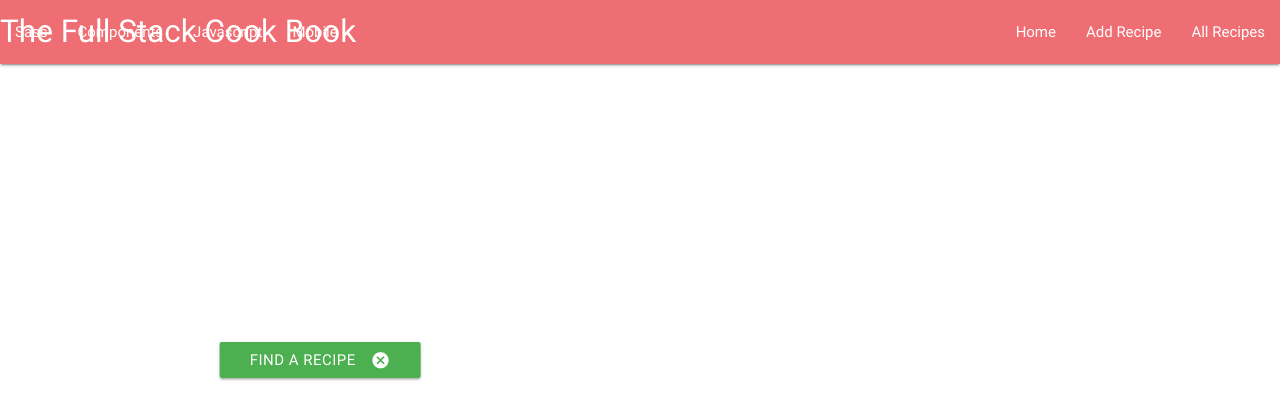
Repository: nakitamccool/francisillingworth-milestone-project-3
Page: http://localhost/index
The author's editor kept a record of every edit. The page is drawn from the files as they stood at one moment, then again after the next edit.
The browser window is 1280 px wide. The pictures show the whole page.
The page is served by the project's application, run on Flask 3 (app.py).

Above is the page before.

### templates/index.html
{% extends 'base.html' %} {% block content %}
</div>


    <div class="split left">
        <div class="centered">
    <a href="{{ url_for('get_recipes') }}" class="waves-effect waves-light btn green">
                <i class="material-icons right">cancel</i>Find a Recipe
            </a>
    </div>
    <div class= "split right">
    <a href="{{ url_for('add_recipe') }}" class="waves-effect waves-light btn blue">
                <i class="material-icons right">cancel</i>Add Recipe
            </a>
    </div>




<div class = "container">
{% endblock %}

### templates/base.html
<!DOCTYPE html>
<html lang="en">
<head>
    <link href="https://fonts.googleapis.com/icon?family=Material+Icons"
      rel="stylesheet">
    <link rel="stylesheet"  href="https://cdnjs.cloudflare.com/ajax/libs/materialize/0.100.2/css/materialize.min.css">
    <link rel="stylesheet" href="{{url_for('static' , filename = "css/style.css")}}" type="text/css" />

</head>
<body>
  <header>
    <nav>
    <div class="nav-wrapper">
      <a href="#" class="brand-logo">The Full Stack Cook Book</a>
      <ul id="nav-mobile" class="right hide-on-med-and-down">
        <li><a href="index.html">Home</a></li>
        <li><a href="{{ url_for('add_recipe') }}">Add Recipe</a></li>
        <li><a href="{{ url_for('get_recipes') }}">All Recipes</a></li>
      </ul>
      <ul class="sidenav" id="mobile-demo">
    <li><a href="sass.html">Sass</a></li>
    <li><a href="badges.html">Components</a></li>
    <li><a href="collapsible.html">Javascript</a></li>
    <li><a href="mobile.html">Mobile</a></li>
  </ul>
    </div>
  </nav>



  </header>
    <div class="container">
    {% block content %}
    {% endblock %}
    </div>
    <script src="https://cdnjs.cloudflare.com/ajax/libs/jquery/3.4.1/jquery.min.js" integrity="sha256-CSXorXvZcTkaix6Yvo6HppcZGetbYMGWSFlBw8HfCJo=" crossorigin="anonymous"></script>
    <script src="https://cdnjs.cloudflare.com/ajax/libs/materialize/0.100.2/js/materialize.min.js"></script>
    <script type="text/javascript">
         $(document).ready(function(){
    $('.collapsible').collapsible();
    $('select').material_select();
  });

    </script>


</body>
</html>

### app.py
import os
from flask import Flask , render_template, redirect, request, url_for
from flask_pymongo import PyMongo
from bson.objectid import ObjectId


db_password = os.environ.get('DB_PASSWORD')

app = Flask(__name__)

app.config["MONGO_DBNAME"] = 'recipe_project'
app.config["MONGO_URI"] = 'mongodb+srv://root:r00tUser@myfirstcluster-aogax.mongodb.net/recipe_project?retryWrites=true&w=majority'

mongo = PyMongo(app)

@app.route('/')



@app.route('/index')
def index():
    return render_template("index.html")


@app.route('/get_recipes')
def get_recipes():
    return render_template("recipes.html", recipes=mongo.db.recipe.find())


@app.route('/add_recipe')
def add_recipe():
    return render_template('addrecipe.html', cuisine=mongo.db.cuisine.find())


@app.route('/insert_recipe', methods=['POST'])
def insert_recipe():
    recipes=mongo.db.recipe
    recipes.insert_one(request.form.to_dict())
    return redirect(url_for('get_recipes'))


@app.route('/edit_recipe/<recipe_id>')
def edit_recipe(recipe_id):
    the_recipe = mongo.db.recipe.find_one({"_id": ObjectId(recipe_id)})
    all_cuisine = mongo.db.cuisine.find()
    return render_template('editrecipe.html', recipe = the_recipe, cuisine=all_cuisine)



@app.route('/update_recipe/<recipe_id>', methods = ["POST"])
def update_recipe(recipe_id):
    recipes = mongo.db.recipe
    recipes.update( {'_id': ObjectId(recipe_id)},
    {
        'recipe_name' : request.form.get('recipe_name'),
        'cuisine_type' : request.form.get('cuisine_type'),
        'author' : request.form.get('author'),
        'ingredients' : request.form.get('ingredients'),
        'method' : request.form.get('method'),
        'cook_time' : request.form.get('cook_time'),
    })
    return redirect(url_for('get_recipes'))

@app.route('/delete_recipe/<recipe_id>')
def delete_recipe(recipe_id):
    mongo.db.recipe.remove({'_id':ObjectId(recipe_id)})
    return redirect(url_for('get_recipes'))





@app.route('/get_cuisines')
def get_cuisines():
    return render_template('cuisines.html', cuisine=mongo.db.cuisine.find())


@app.route('/edit_cuisine/<cuisine_id>')
def edit_cuisine(cuisine_id):
    return render_template('editcuisine.html', cuisine=mongo.db.cuisine.find_one({'_id':ObjectId(cuisine_id)}))


@app.route('/update_cuisine/<cuisine_id>', methods=['POST'])
def update_cuisine(cuisine_id):
    mongo.db.cuisine.update(
        {'_id': ObjectId(cuisine_id)},
        {'cuisine_type': request.form.get('cuisine_type')})
    return redirect(url_for('get_cuisines'))



@app.route('/add_cuisine')
def add_cuisine():
    return render_template('addcuisine.html', cuisine=mongo.db.cuisine.find())


@app.route('/insert_cuisine', methods=['POST'])
def insert_cuisine():
    cuisines=mongo.db.cuisine
    cuisines.insert_one(request.form.to_dict())
    return redirect(url_for('add_recipe'))



@app.route('/delete_cuisine/<cuisine_id>')
def delete_cuisine(cuisine_id):
    mongo.db.cuisine.remove({'_id':ObjectId(cuisine_id)})
    return redirect(url_for('get_cuisines'))



@app.route('/add_cuisine_edit')
def add_cuisine_edit():
    return render_template('addcuisine-edit.html', cuisine=mongo.db.cuisine.find())


@app.route('/insert_cuisine_edit', methods=['POST'])
def insert_cuisine_edit():
    cuisines=mongo.db.cuisine
    cuisines.insert_one(request.form.to_dict())
    return redirect(url_for('get_cuisines'))



@app.route('/find_recipe')
def find_recipe():
    return render_template("findrecipe.html", cuisine=mongo.db.cuisine.find(), authors=mongo.db.recipe.find().distinct('author'))

@app.route('/filter_recipes')
def filter_recipes():
        cuisines=mongo.db.cuisine
        recipes=mongo.db.recipe
        mongo.db.recipe.find({ cuisine_type : "{{cuisine_type}}" })

        return render_template("results.html")





if __name__ == '__main__':
    app.run(host=os.environ.get('IP'),
            port=int(os.environ.get('PORT')),
            debug=True)

### static/css/style.css
.btn_edit{
    height:28px;
    margin: 5px 15px;
    line-height: 28px;
    padding-left: 3px;
    padding-right: 6px;



}

.btn_delete{
    height:28px;
    margin: 5px 15px ;
    line-height: 28px;
    padding-left: 5px;
    padding-right: 5px;
    background-color: #b70808;

}

.collapsible-header i {
 margin:0;}

 .btn_delete:hover {
    background-color: #71231d;
}

.cancel_button{
    margin: 5px 15px;
    padding-left: 3px;
    padding-right: 6px;
    background-color: #b70808

}


 .cancel_button:hover {
    background-color: #71231d;
}


.recipe_header{
    margin-top:5px;
    margin-right: 20px;
}

.deleteEdit{
    margin-left:auto;
    margin-right:0;
}

.add_cuisine{
    margin-top: 0;
    margin-left:5%;
}

.split {
  height: 100%;
  width: 50%;
  position: fixed;
  z-index: -1;
  top: 0;
  overflow-x: hidden;
  padding-top: 20px;
}
.right {
  right: 0;
  border-left-color:black;
  border-left-width:5px;


}

.centered {
  position: absolute;
  top: 50%;
  left: 50%;
  transform: translate(-50%, -50%);
  text-align: center;
}

.findRecipe{
    padding:10px;
    opacity: 1
}

.addRecipe{
    opacity: 1

}
img{
    position: fixed;
    opacity: 0.3;

    z-index: -2




}

.box{
    background-color: #ff8a0017;
    border-radius: 20px;
    padding-left: 20px;
    padding-right: 20px;

}

After the next edit:
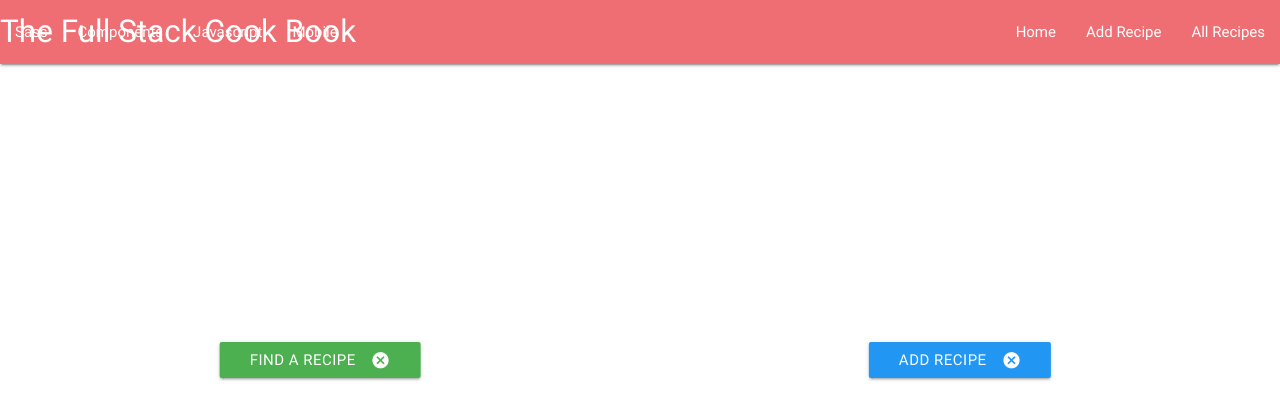
The edit:
--- a/templates/index.html
+++ b/templates/index.html
@@ -7,8 +7,11 @@
     <a href="{{ url_for('get_recipes') }}" class="waves-effect waves-light btn green">
                 <i class="material-icons right">cancel</i>Find a Recipe
             </a>
+            </div>
     </div>
+
     <div class= "split right">
+        <div class="centered">
     <a href="{{ url_for('add_recipe') }}" class="waves-effect waves-light btn blue">
                 <i class="material-icons right">cancel</i>Add Recipe
             </a>
